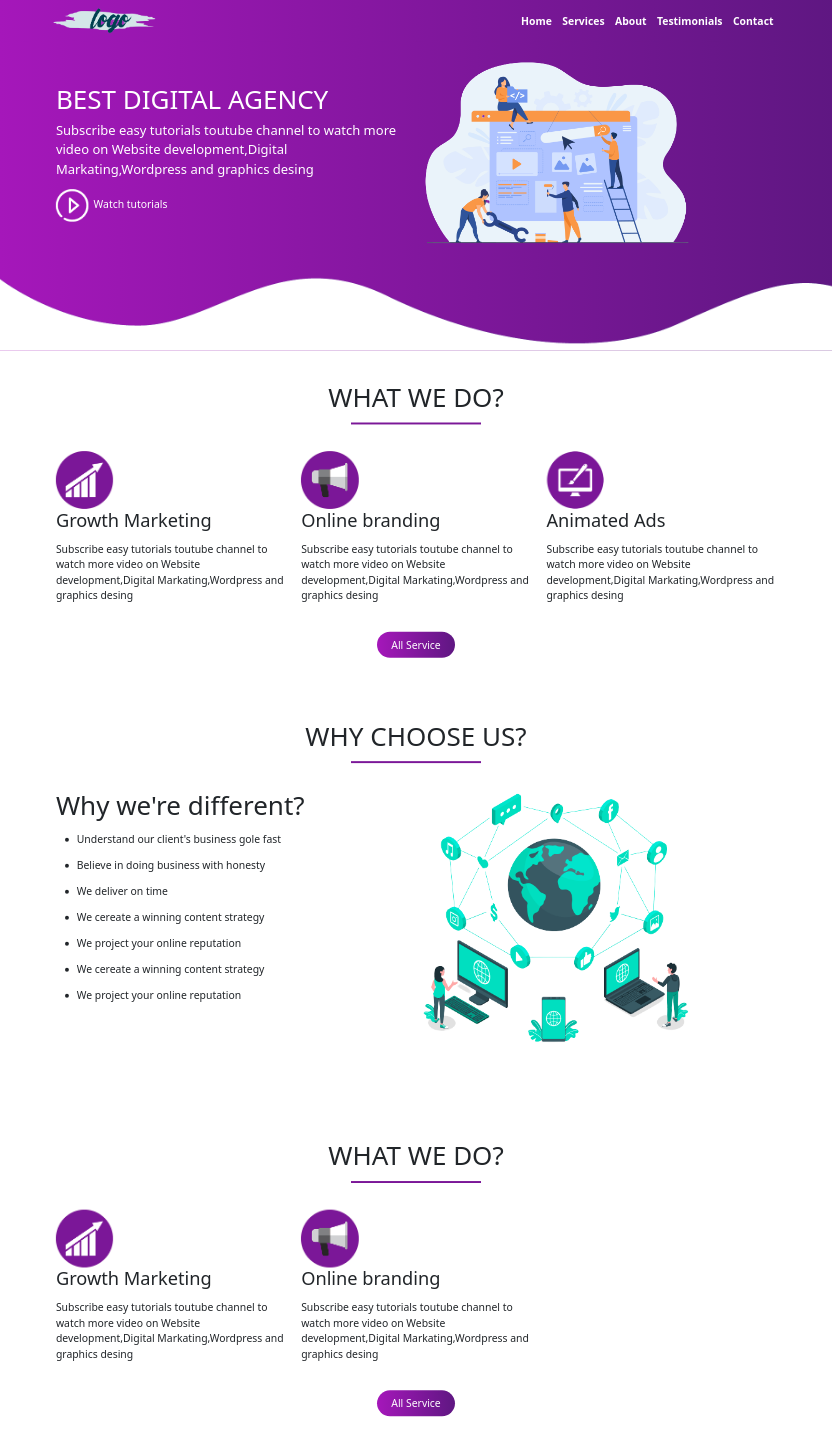
Repository: zjria/PSD-to-HTML-DIGITAL-AGENCY
Page: index.html
The author's editor kept a copy of each file at every save. The page is drawn from the files as they stood at one save, then again after the next save.
The browser window is 1280 px wide. The pictures show the whole page, at 65% of full size.
Some web libraries are served in a nearby version.

Above is the page before, as saved 2022-05-11 08:52:03.

### index.html
<!doctype html>
<html lang="en">
  <head>
    <!-- Required meta tags -->
    <meta charset="utf-8">
    <meta name="viewport" content="width=device-width, initial-scale=1">
    <title>DIGITAL AGENCY</title>
    <!-- Bootstrap CSS -->
    <link href="https://cdn.jsdelivr.net/npm/bootstrap@5.0.2/dist/css/bootstrap.min.css" rel="stylesheet">
    <!-- Font awesome link-->
    <link rel="stylesheet" href="https://cdnjs.cloudflare.com/ajax/libs/font-awesome/6.1.1/css/all.min.css">
    <!-- custom CSS  -->
    <link rel="stylesheet" href="css/style.css">
  </head>
  <body>
    <!-- Navbar Section Start -->
    <section class="header">
        <nav class="navbar navbar-expand-md fixed-top">
            <div class="container">
                <a href="#" class="navbar-brand">
                    <img src="img/h_logo.png" alt="" class="menu-icon img-fluid w-50">
                </a>
                <button class="navbar-toggler" data-bs-target="#menunavbarlink" data-bs-toggle="collapse" type="button">
                    <span class="navbar-toggler-icon"></span>
                </button>
                <div class="collapse navbar-collapse fw-bold " id="menunavbarlink">
                  <ul class="navbar-nav ms-auto ">
                    <li class="nav-item ">
                      <a href="#Home" class="nav-link text-white">Home</a>
                    </li>
                    <li class="nav-item">
                      <a href="#Services" class="nav-link text-white">Services</a>
                    </li>
                    <li class="nav-item">
                      <a href="#About" class="nav-link text-white">About</a>
                    </li>
                    <li class="nav-item">
                      <a href="#Testimonials" class="nav-link text-white" >Testimonials</a>
                    </li>
                    <li class="nav-item">
                      <a href="#Contact" class="nav-link text-white">Contact</a>
                    </li>
                  </ul>
                </div>
            </div>
        </nav>
    </section>
    <!-- Navbar Section END -->
    <!-- Navbar Section Start -->
    <section class="" id="baner" id="Home">
      <div class="container p-3 py-5">
        <div class="row align-items-center text-white mt-5">
          <div class="col-md-6">
            <h1>BEST DIGITAL AGENCY</h1>
            <p class="lead">Subscribe easy tutorials toutube channel to watch more video on Website development,Digital Markating,Wordpress and graphics desing</p>
            <a href="#"><img src="img/play.png" class="img-fluid me-2 " alt=""><span>Watch tutorials</span></a>
          </div>
          <div class="col-md-6 m-auto">
            <img src="img/heder_logo.png" class="img-fluid w-75" alt="">
          </div>
        </div>
      </div>
      <img src="img/wave1.png" alt="" class="img-wave1 img-fluid">
    </section>
    <!-- Navbar Section END -->

    <!-- Service Section Start -->
      <section class="service-section">
        <div class="container p-3 py-5">
          <div class="row">
            <h1 class="title">WHAT WE DO?</h1>
          </div>
          <div class="row mt-5">
            <div class="col-12 col-md-4 mb-2">
              <img src="img/service1.png" alt="" class="img-fluid w-25">
              <h3 class="mb-3">Growth Marketing</h3>
              <p>
                Subscribe easy tutorials toutube channel to watch more video on Website development,Digital Markating,Wordpress and graphics desing</p>
            </div>
            <div class="col-12 col-md-4 mb-2">
              <img src="img/service2.png" alt="" class="img-fluid w-25">
              <h3 class="mb-3">Online branding</h3>
              <p>
                Subscribe easy tutorials toutube channel to watch more video on Website development,Digital Markating,Wordpress and graphics desing</p>
            </div>
            <div class="col-12 col-md-4 mb-2">
              <img src="img/service3.png" alt="" class="img-fluid w-25">
              <h3 class="mb-3">Animated Ads</h3>
              <p>
                Subscribe easy tutorials toutube channel to watch more video on Website development,Digital Markating,Wordpress and graphics desing</p>
            </div>
          </div>
          <div class="row">
            <div class="com-12 text-center">
              <button type="button" class="services-button btn">All Service</button>
            </div>
          </div>
        </div>
      </section>
    <!-- Service Section End -->

    <!-- About Section Start -->
    <section class="about-section">
      <div class="container p-3 py-5">
        <div class="row">
          <h1 class="title">WHY CHOOSE US?</h1>
        </div>
        <div class="row my-5">
          <div class="col-md-6">
            <h1>Why we're different?</h1>
            <ul>
              <li class="py-2">Understand our client's business gole fast</li>
              <li class="py-2">Believe in doing business with honesty</li>
              <li class="py-2">We deliver on time</li>
              <li class="py-2">We cereate a winning content strategy</li>
              <li class="py-2">We project your online reputation</li>
              <li class="py-2">We cereate a winning content strategy</li>
              <li class="py-2">We project your online reputation</li>
            </ul>
          </div>
          <div class="col-md-6">
            <img src="img/networker.png" alt="" class="img-fluid w-75">
          </div>
        </div>
      </div>
    </section>

    <!-- About Section End -->

    <!-- Testimonial Start -->
    <section class="Testimonial-section">
      <div class="container p-3 py-5">
        <div class="row">
          <h1 class="title">WHAT WE DO?</h1>
        </div>
        <div class="row mt-5">
          <div class="col-12 col-md-4 mb-2">
            <img src="img/service1.png" alt="" class="img-fluid w-25">
            <h3 class="mb-3">Growth Marketing</h3>
            <p>
              Subscribe easy tutorials toutube channel to watch more video on Website development,Digital Markating,Wordpress and graphics desing</p>
          </div>
          <div class="col-12 col-md-4 mb-2">
            <img src="img/service2.png" alt="" class="img-fluid w-25">
            <h3 class="mb-3">Online branding</h3>
            <p>
              Subscribe easy tutorials toutube channel to watch more video on Website development,Digital Markating,Wordpress and graphics desing</p>
          </div>
        </div>
        <div class="row">
          <div class="com-12 text-center">
            <button type="button" class="services-button btn">All Service</button>
          </div>
        </div>
      </div>
    </section>
    <!-- Testimonial End -->


    <!-- Optional JavaScript; choose one of the two! -->
    <!-- Option 1: Bootstrap Bundle with Popper -->
    <script src="https://cdn.jsdelivr.net/npm/bootstrap@5.0.2/dist/js/bootstrap.bundle.min.js"></script>
  </body>
</html>

### css/style.css
.navbar{
    background-image: linear-gradient(to right, #a517ba,#5f1782)!important;
}
#baner{
    background-image: linear-gradient(to right, #a517ba,#5f1782)!important;
    align-items: center;
    margin: auto;
    justify-content: center;
}
#baner a img{
    width: 50px;
    align-items: center;
    margin: auto;
    justify-content: center;

}
#baner a{
    text-decoration: none;
    color: white;
}
.img-wave1{
    width: 100%;
}

/* Service Section */
.title{
    text-align: center;
}
.title::after{
    content: "";
    display: block;
    background: #7B1798;
    height: 3px;
    width: 200px;
    margin: auto;
    transform: translateY(15px);
}

.services-button {
    background-image: linear-gradient(to right, #a517ba,#5f1782);
    color: white;
    border: none;
    width: 120px;
    height: 40px;
    margin: auto;
    border-radius: 20px;
    margin-top: 20px;
}
/* About Section Start  */

After the next save:
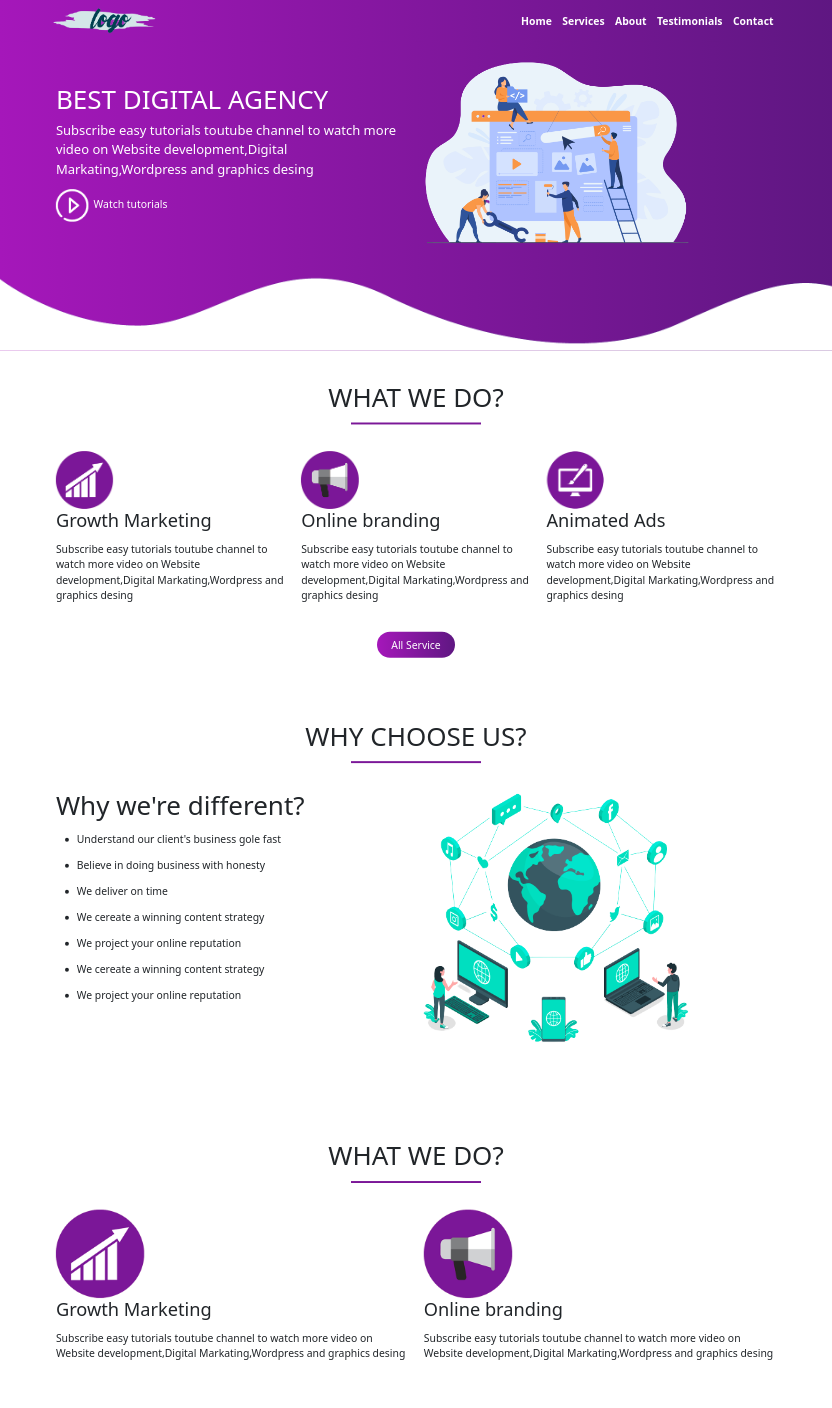
Saved 28 s later.
--- a/index.html
+++ b/index.html
@@ -134,22 +134,17 @@
           <h1 class="title">WHAT WE DO?</h1>
         </div>
         <div class="row mt-5">
-          <div class="col-12 col-md-4 mb-2">
+          <div class="col-12 col-md-6 mb-2">
             <img src="img/service1.png" alt="" class="img-fluid w-25">
             <h3 class="mb-3">Growth Marketing</h3>
             <p>
               Subscribe easy tutorials toutube channel to watch more video on Website development,Digital Markating,Wordpress and graphics desing</p>
           </div>
-          <div class="col-12 col-md-4 mb-2">
+          <div class="col-12 col-md-6 mb-2">
             <img src="img/service2.png" alt="" class="img-fluid w-25">
             <h3 class="mb-3">Online branding</h3>
             <p>
               Subscribe easy tutorials toutube channel to watch more video on Website development,Digital Markating,Wordpress and graphics desing</p>
-          </div>
-        </div>
-        <div class="row">
-          <div class="com-12 text-center">
-            <button type="button" class="services-button btn">All Service</button>
           </div>
         </div>
       </div>
